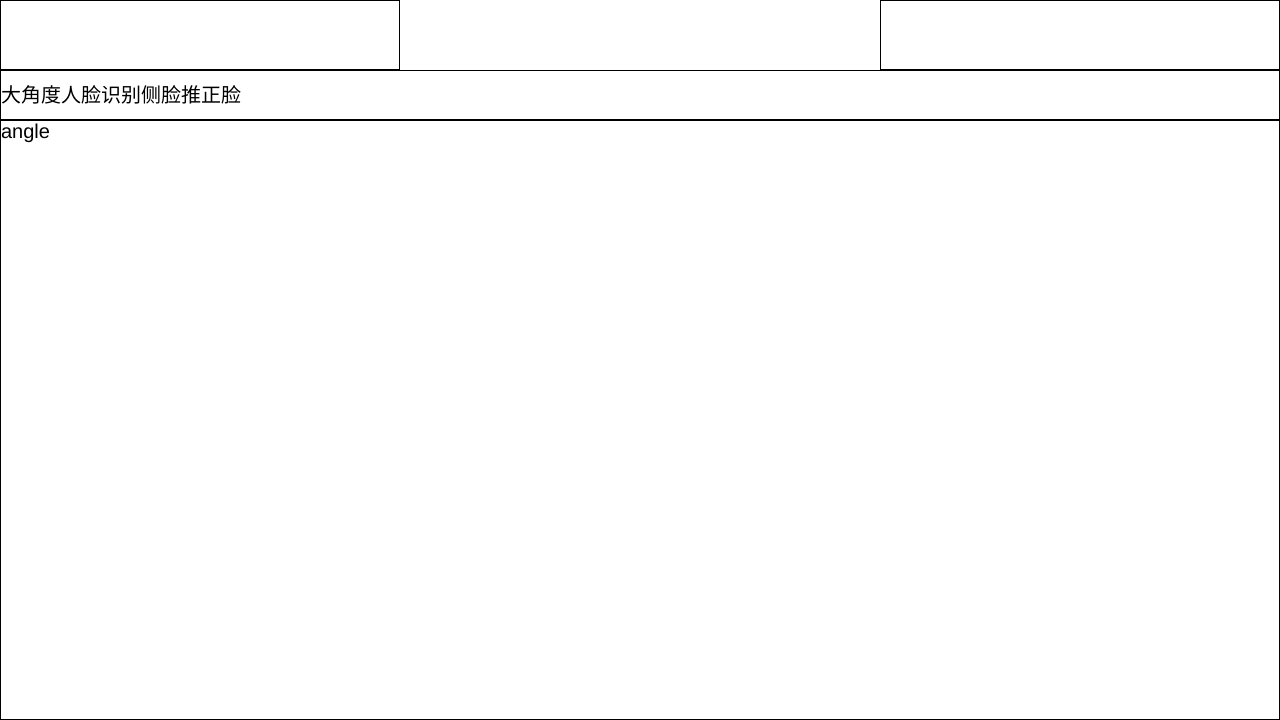
Repository: fyt2020/pubilcDemlo
Page: /
The author's editor kept a copy of each file at every save. The page is drawn from the files as they stood at one save, then again after the next save.
The browser window is 1280 px wide. The pictures show the whole page.
The project was rebuilt for these pictures with package versions that can differ from the ones it lists, and the page was loaded fresh each time.

Above is the page before, as saved 2020-04-27 11:50:02.

### index.html
<!DOCTYPE html>
<html>
  <head>
    <meta charset="utf-8">
    <meta name="viewport" content="width=device-width,initial-scale=1.0">
    <title>pubilcdemo</title>
    <script src="./static/config.js"></script>
    <script src="./static/main.js"></script>
  </head>
  <body>
    <div id="app"></div>
    <!-- built files will be auto injected -->
  </body>
</html>

### src/main.js
// The Vue build version to load with the `import` command
// (runtime-only or standalone) has been set in webpack.base.conf with an alias.
import Vue from 'vue'
import App from './App'
import router from './router'
import '@/assets/css/reset.css'
import axios from '@/plugins/axios';

Vue.config.productionTip = false
Vue.prototype.$http = axios;
/* eslint-disable no-new */
new Vue({
  el: '#app',
  router,
  components: { App },
  template: '<App/>'
})

### src/router/index.js
import Vue from 'vue'
import Router from 'vue-router'
import Home from '@/pages/Home'

Vue.use(Router)

export default new Router({
  linkExactActiveClass: "exactActive",
  linkActivesClass: "active",
  routes: [
    {
      path: '/',
      name: 'home',
      component: Home,
      meta:{
        needTooken:false
      },
      redirect:'/bigAngle',
      children:[
        {
          path: 'bigAngle',
          name: 'bigAngle',
          component: () => import("@/pages/bigAngle"),
          meta:{
            needTooken:false
          },

        },
        {
          path: 'face',
          name: 'face',
          component: () => import("@/pages/face"),
          meta:{
            needTooken:false
          },

        }

      ]
    }
  ]
})

### src/assets/css/reset.css
@charset "UTF-8";
/**
 * @desc pc端常用reset.css
 * @author archer
 * @date 2018-08-26
 */
html,body,div,p,ul,li,dl,dt,dd,em,i,span,a,img,input,h1,h2,h3,h4,h5,nav,section,footer,header,table,tr,th,td,ul,li{margin:0;padding:0;box-sizing: border-box;}
h1,h2,h3,h4,h5,h6{font-weight:normal}
i,em,b{font-style:normal}
article,aside,details,figcaption,figure,footer,header,menu,nav,section {display: block;}
a,img,input {border:none;}
a {text-decoration:none;}
a:hover, a:active {outline: none;}
ul,li{list-style: none}
button,input,select,textarea{font-size:100%;outline:none}
table{border-collapse:collapse;border-spacing:0}
html, body {width: 100%;height: 100%;}
body{font-family:"Helvetica Neue",Helvetica, Arial,sans-serif; font-size: 14px;line-height:1}

### src/pages/Home.vue
<template>
  <div class="home">
     <!-- vue -->

      <div class="header">

           <div class="header__left"></div>
           <div class="header__right"></div>
      </div>
      <div class="navigation">
            <router-link tag="li" :to="{name:'bigAngle'}">大角度人脸识别</router-link>
            <router-link tag="li" :to="{name:'face'}">侧脸推正脸</router-link>
      </div>

      <div class="content">
              <router-view />
      </div>

  </div>
</template>

<script>
export default {
  data() {
    return {};
  },
  computed: {},
  created() {

  },
  mounted() {

  },
  methods: {

  },
  components: {}
};
</script>

<style lang="scss" scoped>
@import "@/assets/css/home.scss";
</style>

### src/pages/bigAngle.vue
<template>
    <div>
        angle
    </div>
</template>

<script>
export default {
    props: {

    },
    data() {
        return {

        };
    },
    computed: {

    },
    created() {

    },
    mounted() {

    },
    watch: {

    },
    methods: {

    },
    components: {

    },
};
</script>

<style scoped lang="scss">

</style>

### src/assets/css/home.scss
.home{
    font-size: 20px;
    width: 100vw;
    height: 100vh;
    // background-color: #000;
    .header{

        width: 100%;
        height: 70px;
        // border: 1px solid black;
        display: flex;
        align-items: center;
        justify-content: space-between;
        .header__left{
            height: 100%;
            border: 1px solid black;

            width: 400px;
        }
        .header__right{
            height: 100%;
            width: 400px;
            border: 1px solid black;
        }
    }
    .navigation{
        width: 100%;
        height: 50px;
        border: 1px solid black;
        display: flex;
        align-items: center;
    }
    .content{
        height: calc(100% - 120px);
        width: 100%;
        border: 1px solid black;
    }
}

### static/config.js
window.BASEURL = {
};

Loaded but not shown: src/App.vue (common file); src/plugins/axios.js (library)

After the next save:
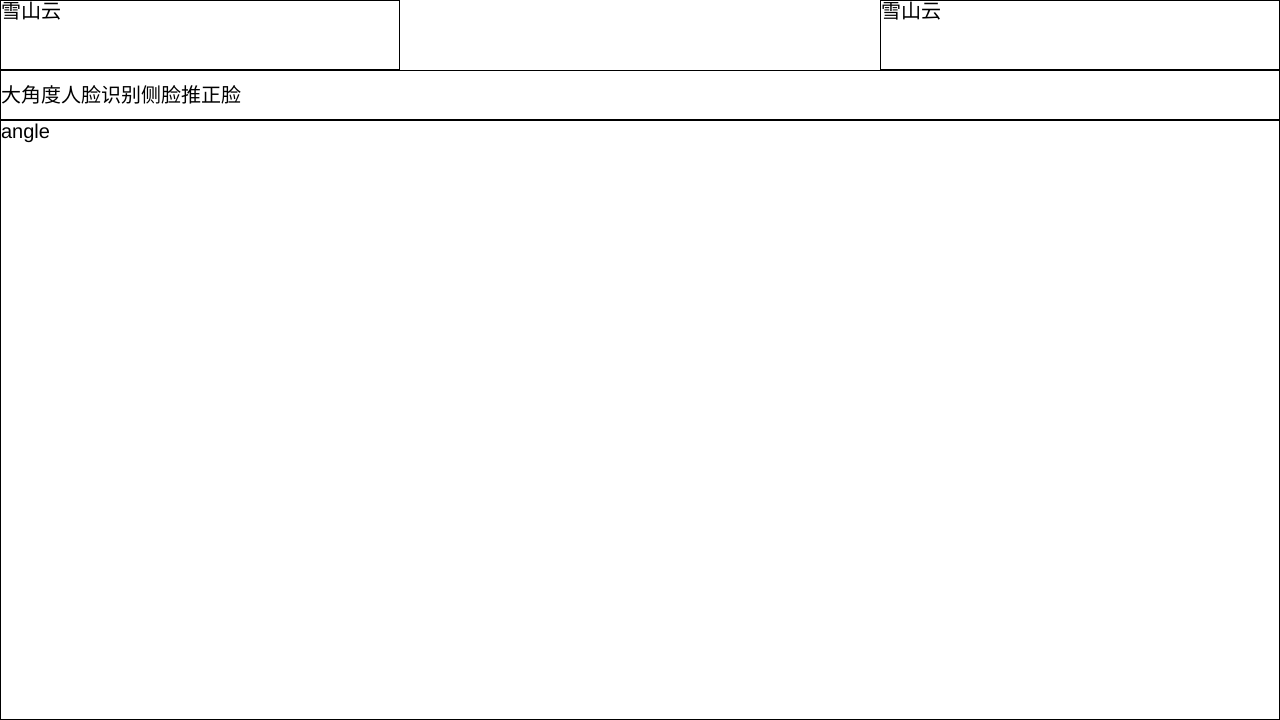
Saved 6 min 4 s later.
--- a/src/pages/Home.vue
+++ b/src/pages/Home.vue
@@ -4,8 +4,13 @@
 
       <div class="header">
 
-           <div class="header__left"></div>
-           <div class="header__right"></div>
+           <div class="header__left">
+                <img src="" alt="">
+                <span>雪山云</span>
+           </div>
+           <div class="header__right">
+                <span>雪山云</span>
+           </div>
       </div>
       <div class="navigation">
             <router-link tag="li" :to="{name:'bigAngle'}">大角度人脸识别</router-link>
